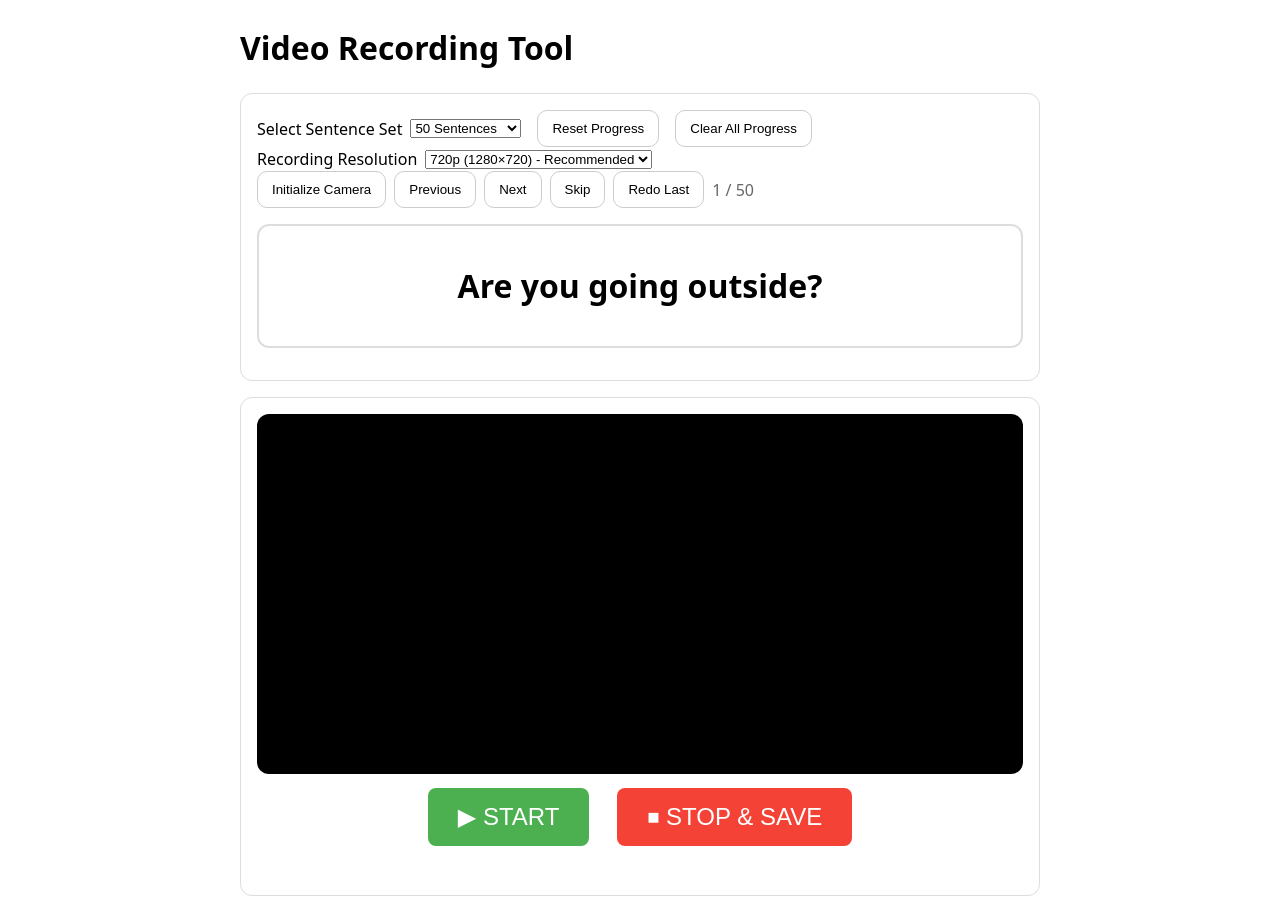
Repository: video2speech/video2speech.github.io
Page: index.html
An editor plug-in stored every save of this project. The page is shown before and after the next save, followed by the edit.
The browser window is 1280 px wide. The pictures show the whole page.

Above is the page before, as saved 2025-09-04 11:38:57.

After the next save:
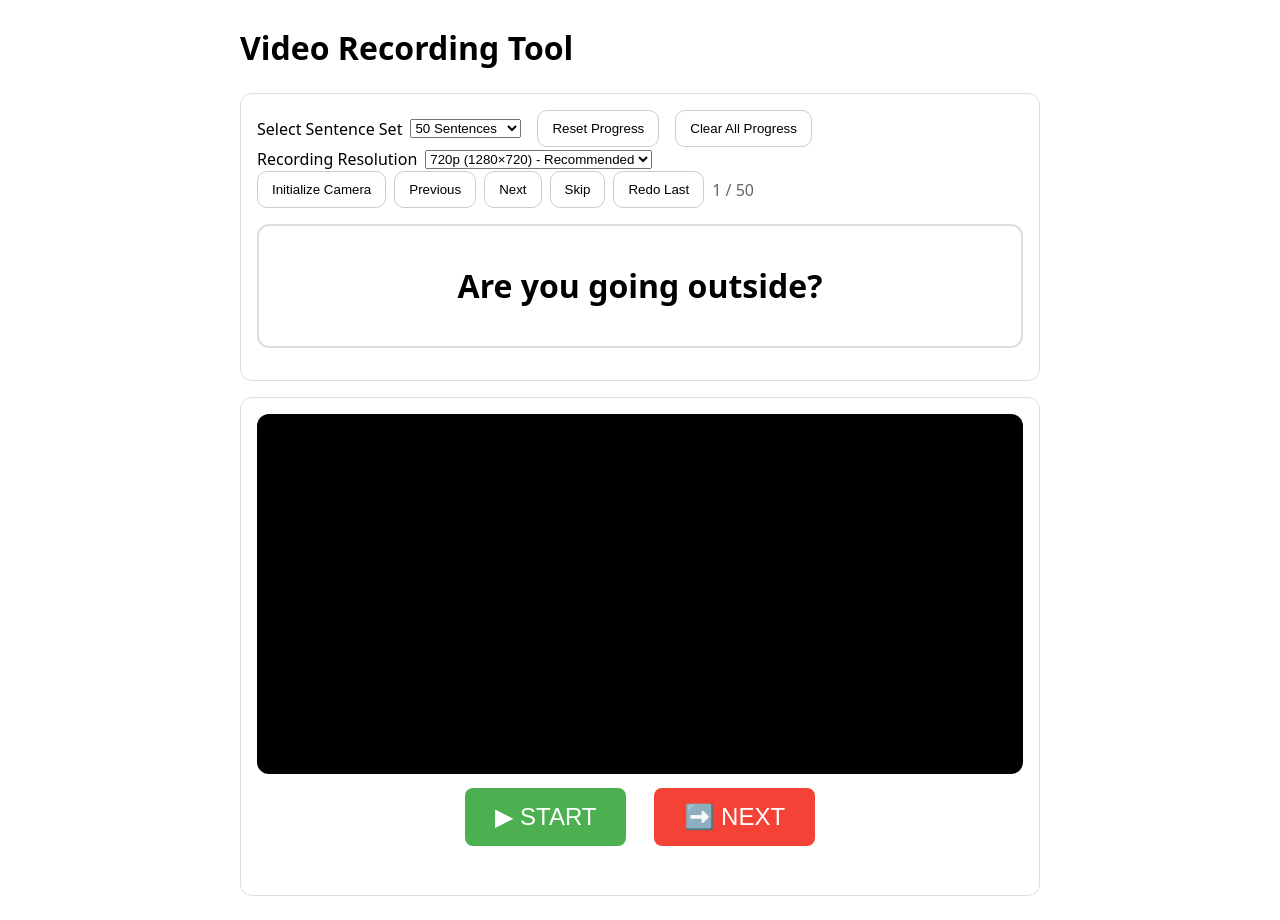
Saved 2 min 43 s later.
--- a/index.html
+++ b/index.html
@@ -51,7 +51,7 @@
     <video id="preview" playsinline autoplay muted></video>
     <div class="row" style="margin-top:8px; justify-content: center;">
       <button id="start" style="font-size: 1.5rem; padding: 15px 30px; background: #4CAF50; color: white; border: none; border-radius: 8px; cursor: pointer; margin: 0 10px;">▶ START</button>
-      <button id="stop" style="font-size: 1.5rem; padding: 15px 30px; background: #f44336; color: white; border: none; border-radius: 8px; cursor: pointer; margin: 0 10px;">⏹ STOP & SAVE</button>
+      <button id="stop" style="font-size: 1.5rem; padding: 15px 30px; background: #f44336; color: white; border: none; border-radius: 8px; cursor: pointer; margin: 0 10px;">➡️ NEXT</button>
     </div>
     <div class="row" style="justify-content: center; margin-top: 10px;">
       <div id="recordingStatus" style="font-size: 1.2rem; font-weight: bold; color: #f44336; display: none;">🔴 RECORDING IN PROGRESS</div>
